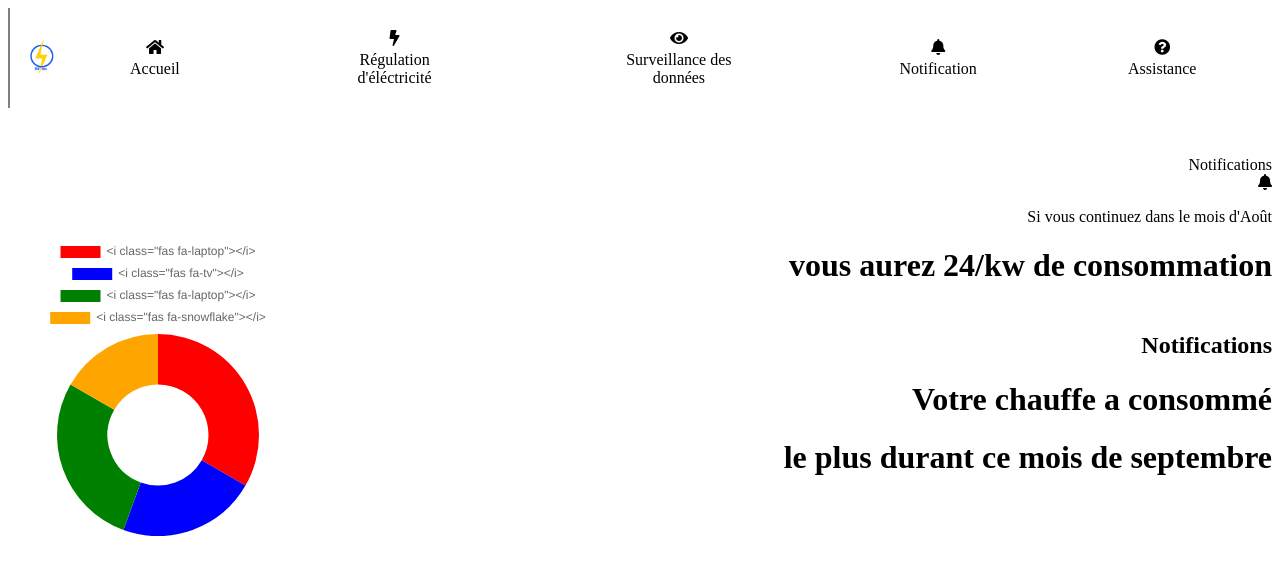
Repository: hamdia200/OSC-Ecowiz
Page: http://localhost/accueil
An editor plug-in stored every save of this project. The page is shown before and after a run of saves, followed by the edit.
The browser window is 1280 px wide. The pictures show the whole page.
The page is served by the project's Laravel application, run on PHP 8.4 with Laravel 10. Other server files are loaded and not shown.

Above is the page before, as saved 2023-08-18 13:33:41.

### routes/web.php
<?php

use Illuminate\Support\Facades\Route;

/*
|--------------------------------------------------------------------------
| Web Routes
|--------------------------------------------------------------------------
|
| Here is where you can register web routes for your application. These
| routes are loaded by the RouteServiceProvider and all of them will
| be assigned to the "web" middleware group. Make something great!
|
*/

Route::get('/', function () {
    return view('welcome');
});

Route::get('/centrale', function () {
    return view('centrale');
});
Route::get('/accueil', function () {
    return view('accueil');
});
Route::get('/inscription', function () {
    return view('inscription');
});
Route::get('/login', function () {
    return view('login');
});
Route::get('/regulation', function () {
    return view('regulation');
});

### resources/views/accueil.blade.php
@extends ("menu")
@section('content')
<div class="container">
<meta charset="UTF-8">
    <meta name="viewport" content="width=device-width, initial-scale=1.0">
    <link rel="stylesheet" href="https://cdnjs.cloudflare.com/ajax/libs/font-awesome/5.15.3/css/all.min.css">
    <script src="https://cdn.jsdelivr.net/npm/chart.js"></script>
    <title>Accueil</title>
    <style>
        .notifications1{
            margin-top: 3rem;
            text-align: right;
        }

        .content{
            margin-top: 5rem;
            height: auto;
            float: left;
        }
        .notifications2{
            text-align: right;
            margin-top: 3rem;
        }

        .row{
            margin-inline: auto;

        }

        .alert{
            text-align:right;
        }

    </style>
    <body>
        <div class="row">
                <div class="col-md-6">
                    <div class="row">
                        <div class="col-xl-3">
                            <div class="content">
                                <canvas id="myCustomChart"></canvas>
                            </div>

                        </div>

                    </div>

                </div>

                <div class="row">
                    <div class="col-xl-3">
                        <div class="notifications1">
                            <div class="alert">Notifications</div>
                            <i class="fas fa-bell"></i>
                                <p> Si vous continuez dans le mois d'Août </p> <h1> vous aurez 24/kw de consommation </h1>
                        </div>

                        <div class="notifications2">
                            <h2>Notifications</h2>
                            <ul id="notificationList">
                                <h1> Votre chauffe a consommé </h1> <h1> le plus durant ce mois de septembre </h1>
                            </ul>
                        </div>
                    </div>
                </div>


                <script>
                    var ctx = document.getElementById('myCustomChart').getContext('2d');
                    var data = {
                        labels: ['<i class="fas fa-laptop"></i>', '<i class="fas fa-tv"></i>', '<i class="fas fa-laptop"></i>', '<i class="fas fa-snowflake"></i>'],
                        datasets: [{
                            data: [30, 20, 25, 15],
                            backgroundColor: [
                                'red',
                                'blue',
                                'green',
                                'orange'
                            ],
                                // hoverBackgroundColor: [
                                // 'url(chemin_vers_image_appareil_1)',
                                // 'url(chemin_vers_image_appareil_2)',
                                // 'url(chemin_vers_image_appareil_3)',
                                // 'url(chemin_vers_image_appareil_4)'
                                // ],
                                borderWidth: 0,
                                hoverBorderWidth: 0
                        }],
                    };

                    var options = {
                        responsive: true,
                        maintainAspectRatio: false,

                    };

                    var myChart = new Chart(ctx, {
                        type: 'doughnut',
                        data: data,
                        options: options,
                    });
                </script>
        </div>
    </body>

    </html>
</div>
@endsection

### resources/views/menu.blade.php
<!DOCTYPE html>
<html>
    <head>
        <meta charset="UTF-8">
        <meta name="viewport" content="width=device-width, initial-scale=1.0">
        <link rel="stylesheet" href="{{asset('bootstrap-5/css/bootstrap.min.css')}}">
        <link rel="stylesheet" href="{{asset('icofont/icofont.min.css')}}">
        <link rel="stylesheet" href="https://cdnjs.cloudflare.com/ajax/libs/font-awesome/5.15.3/css/all.min.css">

        <title>menu</title>
        <style>
        .menu-horizontal {
            list-style-type: none;
            display: flex;
            align-items: center; /* Aligne les éléments au centre horizontalement */
            padding: 0;
            margin: 0;
            border-left: 2px solid gray;
            border-top: none;
            background-color: white;
            height:100px;
        }

        .menu-horizontal li{
            margin: 0 2cm;
            padding: 0;
        }

        .menu-item {
            display: flex;
            flex-direction: column;
            align-items: center;
            justify-content: center;
            border-left: 2p;
        }

        .menu-icon {
            width: 50px;
            height: 50px;
        }

        .menu-text {
            font-size: 16px;
            margin-top: 5px;
            text-align: center;
        }
        .logo {
            padding-left: 20px;
            height: 35px;
        }
        </style>
    </head>

    <body>
        <header>
                <ul class="menu-horizontal fixed-top">
                    <div class="header">
                        <img src="{{asset('/image/ecow.png')}}" alt="" class="logo">
                    </div>
                    <li>
                        <span class="menu-item">
                            <!-- <img src="{{asset('image/elect.png') }}" alt="Icone 1" class="menu-icon"> -->
                            <i class="fas fa-home"></i><span class="menu-text">Accueil</span>
                        </span>
                    </li>
                    <li>
                        <span class="menu-item">
                            <!-- <img src="{{asset('image/donnee.png') }}" alt="Icone 1" class="menu-icon"> -->
                            <i class="fas fa-bolt"></i><span class="menu-text">Régulation d'éléctricité </span>
                        </span>
                    </li>

                    <li>
                        <span class="menu-item">
                            <!-- <img src="{{asset('image/donnee.png') }}" alt="Icone 1" class="menu-icon"> -->
                            <i class="fas fa-eye"></i><span class="menu-text">Surveillance des données </span>
                        </span>
                    </li>
                    <li>
                        <span class="menu-item">
                            <!-- <img src="{{asset('image/sup.png') }}" alt="Icone 1" class="menu-icon"> -->
                            <i class="fas fa-bell"></i><span class="menu-text">Notification</span>
                        </span>
                    </li>
                    <li>
                        <span class="menu-item">
                            <!-- <img src="{{asset('image/assist.png') }}" alt="Icone 1" class="menu-icon"> -->
                            <i class="fas fa-question-circle"></i><span class="menu-text">Assistance</span>
                        </span>
                    </li>
                </ul>

        </header>
        <div class="container">
                @yield('content')
        </div>

    </body>


</html>

After the next 3 saves:
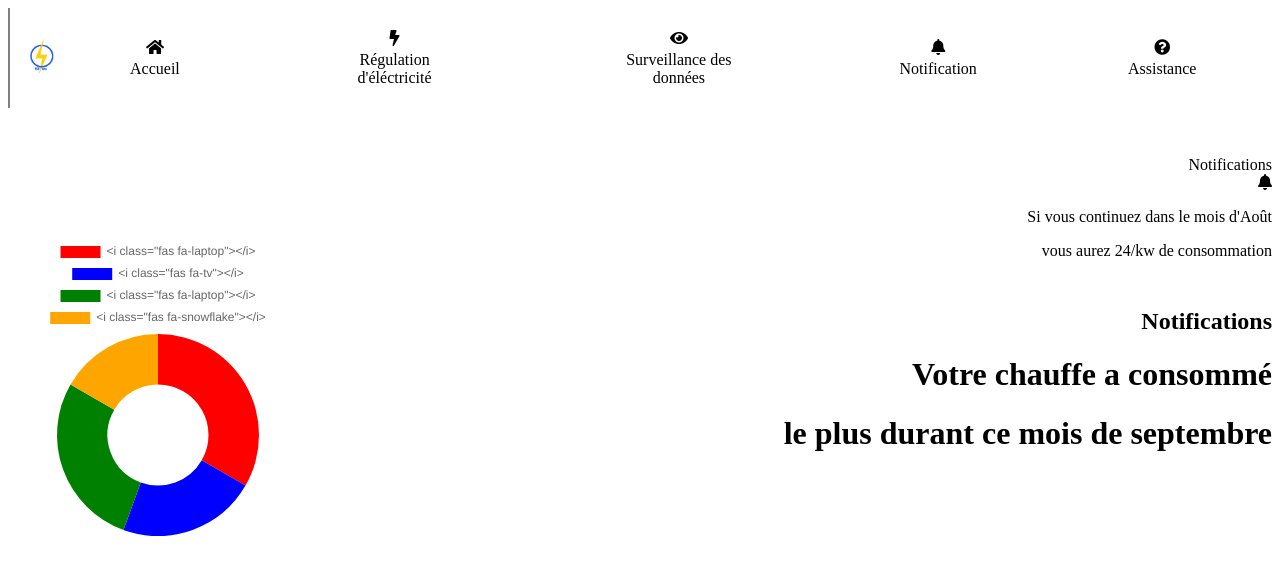
The 3 saves are shown as one change because they came seconds apart.
The last was saved 7 s later.
--- a/resources/views/accueil.blade.php
+++ b/resources/views/accueil.blade.php
@@ -52,7 +52,7 @@
                         <div class="notifications1">
                             <div class="alert">Notifications</div>
                             <i class="fas fa-bell"></i>
-                                <p> Si vous continuez dans le mois d'Août </p> <h1> vous aurez 24/kw de consommation </h1>
+                                <p> Si vous continuez dans le mois d'Août </p> <p> vous aurez 24/kw de consommation </p>
                         </div>
 
                         <div class="notifications2">
